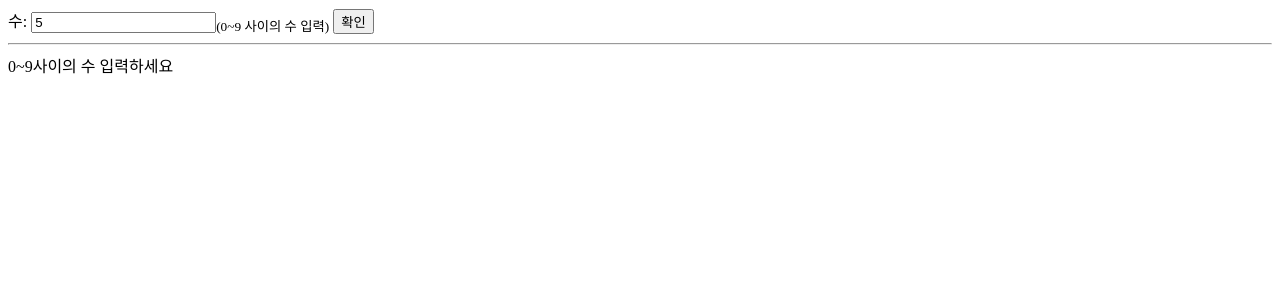
Repository: Jin0207/javaScript
Page: day0103/src/main/webapp/digitToKor.html
The author's editor kept a copy of each file at every save. The page is drawn from the files as they stood at one save, then again after the next save.
The browser window is 1280 px wide. The pictures show the whole page.
Empty fields were first filled with sample values (such as "Sample", 5 or name@example.com).
After loading, the first visible `button` was clicked once.

Above is the page before, as saved 2022-01-03 06:21:16.

### day0103/src/main/webapp/digitToKor.html
<!DOCTYPE html>
<html>
<head>
<meta charset="UTF-8">
<title>Insert title here</title>
<script type="text/javascript">
	function chgKor(){
		const num = document.getElementById("num").value;
		console.log(num);
		let result;

		switch (num) {
		case 0:
			result = "영";
			break;
		case 1:
			result = "일";
			break;
		case 2:
			result = "이";
			break;
		case 3:
			result = "삼";
			break;
		case 4:
			result = "사";
			break;
		case 5:
			result = "오";
			break;
		case 6:
			result = "육";
			break;
		case 7:
			result = "칠";
			break;
		case 8:
			result = "팔";
			break;
		case 9:
			result = "구";
			break;

		default:
			result = "0~9사이의 수 입력하세요"
			break;
		}

		document.getElementById("result").innerHTML = `${result}`;
	}
</script>
</head>
<body>
	수: <input type="number" id="num"><sub>(0~9 사이의 수 입력)</sub>
	<button onclick="chgKor()">확인</button>
	<hr>
	<span id="result"></span>
</body>
</html>

After the next save:
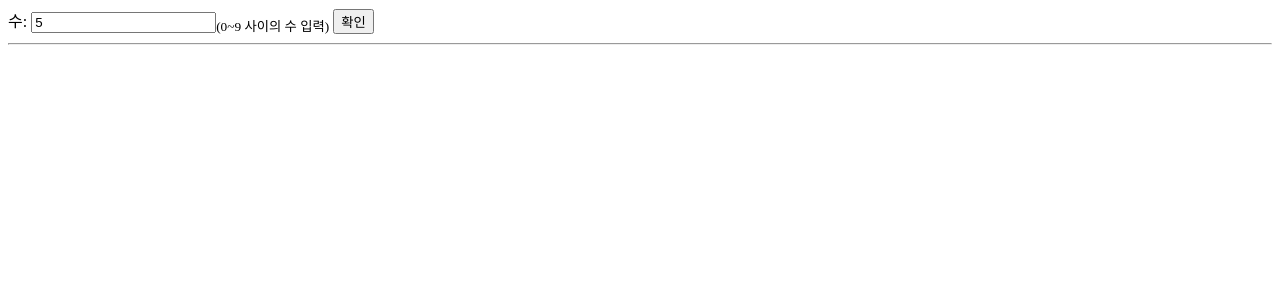
Console error: SyntaxError: Unexpected end of input
Saved 23 s later.
--- a/day0103/src/main/webapp/digitToKor.html
+++ b/day0103/src/main/webapp/digitToKor.html
@@ -41,11 +41,6 @@
 			result = "구";
 			break;
 
-		default:
-			result = "0~9사이의 수 입력하세요"
-			break;
-		}
-
 		document.getElementById("result").innerHTML = `${result}`;
 	}
 </script>

After the save that followed:
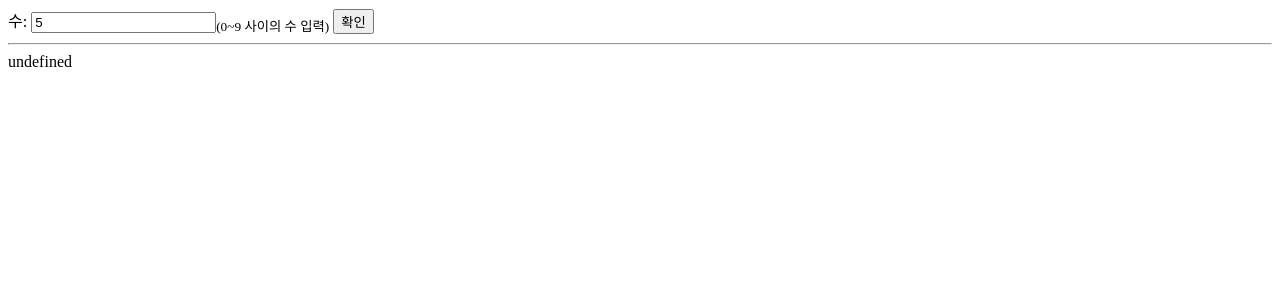
The error is gone.
Saved 8 s later.
--- a/day0103/src/main/webapp/digitToKor.html
+++ b/day0103/src/main/webapp/digitToKor.html
@@ -41,6 +41,8 @@
 			result = "구";
 			break;
 
+		}
+
 		document.getElementById("result").innerHTML = `${result}`;
 	}
 </script>
